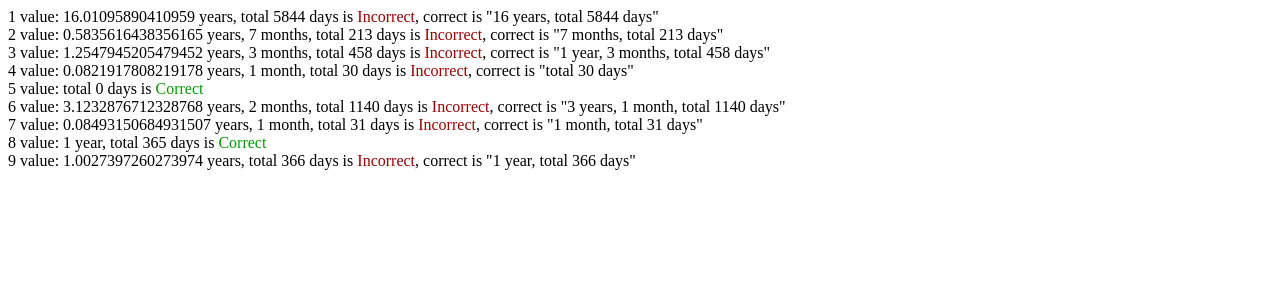
Repository: jamieking1996/tech-assessment-int
Page: index.html
An editor plug-in stored every save of this project. The page is shown before and after the next save, followed by the edit.
The browser window is 1280 px wide. The pictures show the whole page.

Above is the page before, as saved 2021-08-11 09:56:10.

### index.html
<html>
<head></head>

<body class="results"></body>

<script src="./main.js"></script>
<script src="./output.js"></script>
</html>

### main.js
/*
 * Your program must print string with the number of years and months and the total number of days between the dates.
 * Dates are provided in dd.mm.yyyy format.
 * You are not allowed to plug in JS libraries such as moment.js or date-fns directly into the code. All code need to be written in this file.
 *
 * Result must be shown as a string in years, months and total days. If years or months are 0, then it should not be displayed in the output.
 *
 * Example:
 * Input: ['01.01.2000', '01.01.2016']
 * Output:
 * '16 years, total 5844 days'
 *
 * Example 2:
 * Input: ['01.11.2015', '01.02.2017']
 *
 * Output:
 * '1 year, 3 months, total 458 days'
*/
const dates = [
    ['01.01.2000', '01.01.2016'],
    ['01.01.2016', '01.08.2016'],
    ['01.11.2015', '01.02.2017'],
    ['17.12.2016', '16.01.2017'],
    ['01.01.2016', '01.01.2016'],
    ['28.02.2015', '13.04.2018'],
    ['28.01.2015', '28.02.2015'],
    ['17.03.2022', '17.03.2023'],
    ['17.02.2024', '17.02.2025'],
];

// Receive string of dates one after each other
function outputDate(dates) {
  return getDiff(convertDateToCorrectFormat(dates[0]), convertDateToCorrectFormat(dates[1]));
}

function getDiff(d1, d2) {
  if (!isBeforeDateBeforeAfterDate(d1, d2)) {
    return new Error('First date is after second date.');
  }
  return `${yearDiff(d1, d2) ? yearDiff(d1, d2) + " " : ''}${monthDifference(d1, d2) ? monthDifference(d1, d2) + " " : ''}${totalDayDiff(d1, d2)}`;
}

function convertDateToCorrectFormat(date) {
  const splitDate = date.split('.');
  return new Date(`${splitDate[2]}-${splitDate[1]}-${splitDate[0]}`);
}

function monthDifference(beforeDate, afterDate) {
  const months = getNumberedMonthDifference(beforeDate, afterDate);
  return months <= 0 ? false : `${months} ${pluralise(months, 'month')},`;
}

function getNumberedMonthDifference(beforeDate, afterDate) {
  const monthOffset = beforeDate.getMonth() > afterDate.getMonth() ? 12 : 0;
  // get the literal day e.g is 18 < 24. If so, then -1 off return value. If not, do nothing
  return monthOffset - beforeDate.getMonth() + afterDate.getMonth();
}

function totalDayDiff(d1, d2) {
  const differenceBetweenDatesInMiliSec = Math.floor(
    d2.getTime() - d1.getTime()
  );
  const dayInMilliSeconds = 1000 * 60 * 60 * 24;
  const days = Math.floor(
    differenceBetweenDatesInMiliSec / dayInMilliSeconds
  );
  return `total ${days} ${pluralise(days, 'day')}`;
}

function yearDiff(d1, d2) {
  const years = (d2.getTime() - d1.getTime()) / (1000*60*60*24*365);
  return years > 0 ? `${years} ${pluralise(years, 'year')},` : false;
}

function pluralise(count, word) {
  return count != 1 ? `${word}s` : word;
}

function isBeforeDateBeforeAfterDate(beforeDate, afterDate) {
  if (beforeDate.getTime() <= afterDate.getTime()) {
    return true;
  }
  return false;
}

### output.js
const correctAnswers = [
    '16 years, total 5844 days',
    '7 months, total 213 days',
    '1 year, 3 months, total 458 days',
    'total 30 days',
    'total 0 days',
    '3 years, 1 month, total 1140 days',
    '1 month, total 31 days',
    '1 year, total 365 days',
    '1 year, total 366 days'
];
let results = '';

for (let oneDate in dates) {
    const value = outputDate(dates[oneDate]);
    const num = parseInt(oneDate) + 1;
    console.log('value', value);
    console.log('correctAnswer', correctAnswers[oneDate]);

    const answer = (value === correctAnswers[oneDate] ? '<span style="color: #090">Correct</span>' : `<span style="color: #900">Incorrect</span>, correct is "${correctAnswers[oneDate]}"`);

    results += `${num} value: ${value} is ${answer}<br>`;
}

document.querySelector('.results').innerHTML = results;

After the next save:
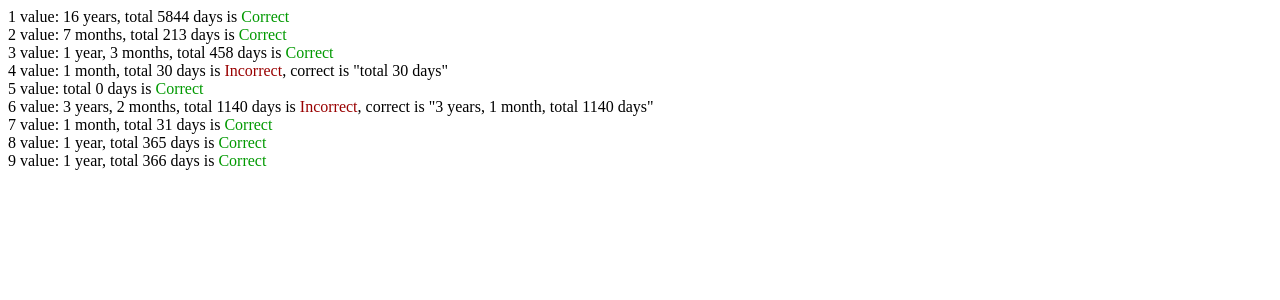
Saved 18 s later.
--- a/main.js
+++ b/main.js
@@ -68,7 +68,7 @@ function totalDayDiff(d1, d2) {
 }
 
 function yearDiff(d1, d2) {
-  const years = (d2.getTime() - d1.getTime()) / (1000*60*60*24*365);
+  const years = Math.floor((d2.getTime() - d1.getTime()) / (1000*60*60*24*365));
   return years > 0 ? `${years} ${pluralise(years, 'year')},` : false;
 }
 
